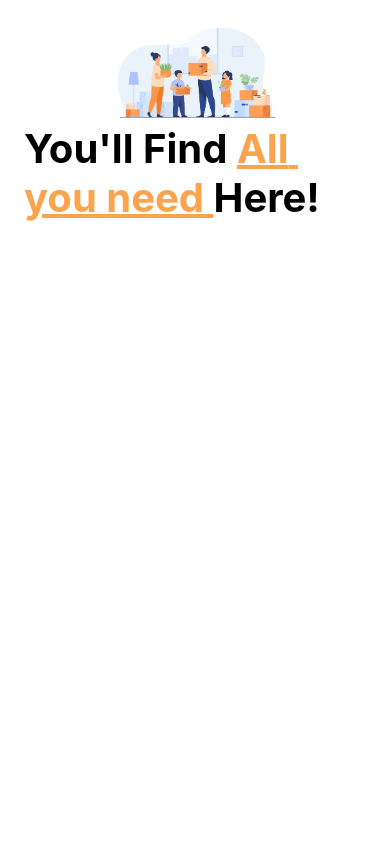
Repository: oscarMyerston/ProjectName
Screen: /
An editor plug-in stored every save of this project. The screen is shown before and after a run of saves, followed by the edit.
The app was drawn by React Native's web renderer in a window 390 px wide. The project was rebuilt for these pictures with package versions that can differ from the ones it lists, and the page was loaded fresh each time. Also part of the build but not shown: Chair.js, Table.js.

Above is the screen before, as saved 2024-06-02 19:53:06.

### App.js
/**
 * Sample React Native App
 * https://github.com/facebook/react-native
 *
 * @format
 * @flow strict-local
 */

import React, { useState } from 'react';
import {
  SafeAreaView,
} from 'react-native';
import { Chair as BlackChair} from './Chair';
import Table from "./Table"
import Splash from './src/screen/auth/Splash';

const App = ()  => {
  const [ theme, setTheme ] = useState('light')
  return (
    <SafeAreaView>
    <Splash/>
    </SafeAreaView>
  );
};

const styles = {
  themeHeader: {
    margin: 16,
    fontSize: 16,
    backgroundColor: 'yellow'
  }
}

// const styles = StyleSheet.create({
//   themeHeader: {
//     margin: 16,
//     fontSize: 16,
//     backgroundColor: 'yellow'
//   }
// })

export default App;

### src/screen/auth/Splash/index.js
import React from "react";
import { Text, Image, View } from "react-native"
import { styles } from './styles'

const Splash = () => {
  return [
    <View style={styles.container}>
      <Image
        resizeMode="contain"
        style={styles.image}
        source={require('../../../assets/splash_image.png')}
      />
      <Text style={styles.title}>You'll Find <Text style={styles.innetTitle} >All you need </Text>Here!</Text>
    </View>,
  ];

}

export default Splash

### src/screen/auth/Splash/styles.js
import { StyleSheet } from "react-native"

export const styles = StyleSheet.create({
  container: {
    padding: 24,
  },
  image: {
    width: '100%',
    height: 100,
  },
  title: {
    fontSize: 40,
    fontWeight: 'bold'
  },
  innetTitle: {
    color: '#FCA34D',
    textDecorationLine: 'underline'
  }
})

After the next 2 saves:
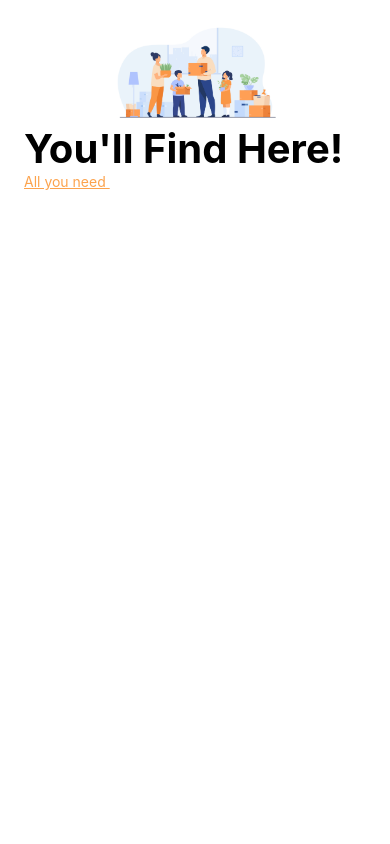
The 2 saves are shown as one change because they came seconds apart.
The last was saved 68 s later.
--- a/src/screen/auth/Splash/index.js
+++ b/src/screen/auth/Splash/index.js
@@ -10,7 +10,8 @@ const Splash = () => {
         style={styles.image}
         source={require('../../../assets/splash_image.png')}
       />
-      <Text style={styles.title}>You'll Find <Text style={styles.innetTitle} >All you need </Text>Here!</Text>
+      <Text style={styles.title}>You'll Find Here!</Text>
+      <Text style={styles.innetTitle} >All you need </Text>
     </View>,
   ];
 
